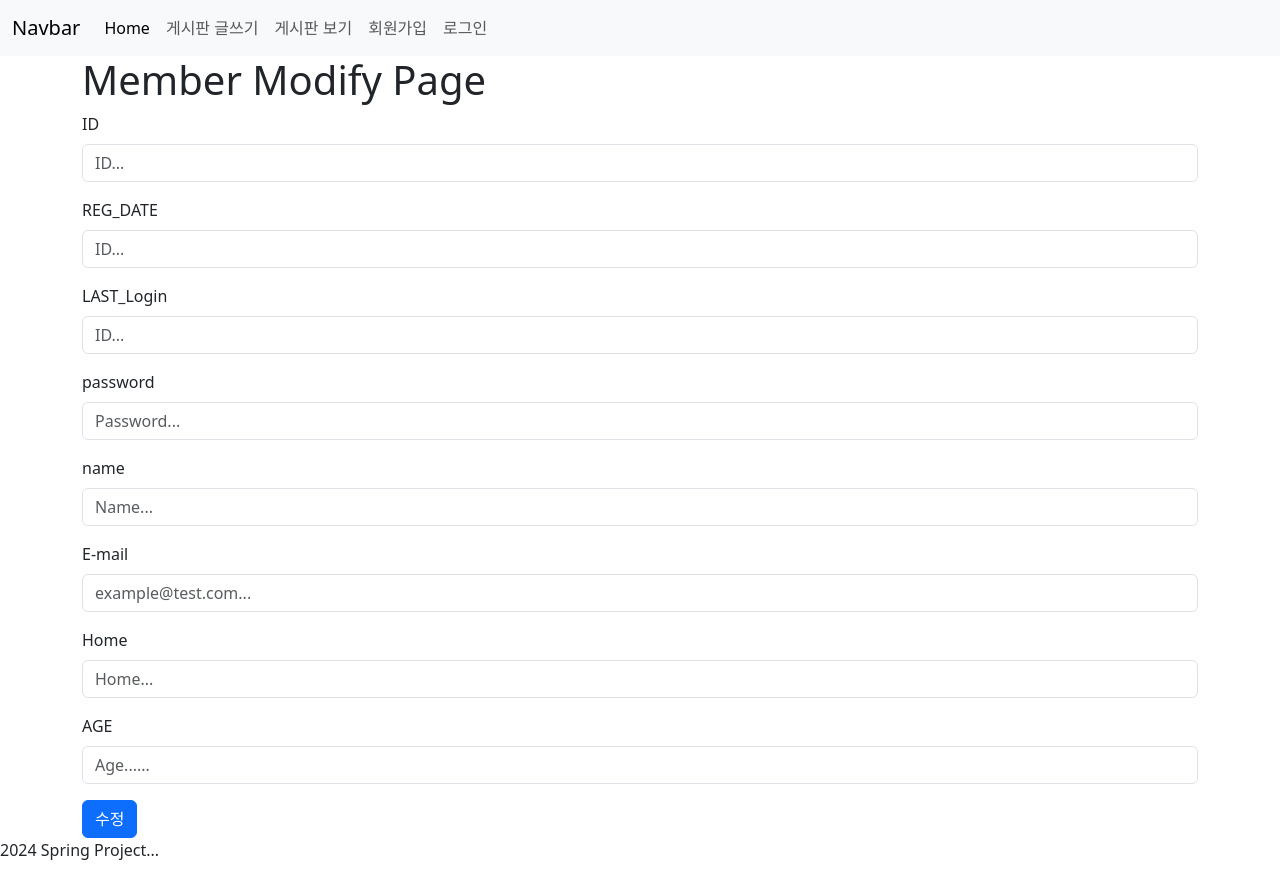
Repository: leegangjin/springTest240430
Page: http://localhost/spring_study/WEB-INF/views/member/modify.jsp
An editor plug-in stored every save of this project. The page is shown before and after the next save, followed by the edit.
The browser window is 1280 px wide. The pictures show the whole page.
The page is served by Tomcat 9. Nobody is signed in. The template is opened directly, without the code that normally fills it, so the values that code supplies are empty.

Above is the page before, as saved 2024-04-25 09:09:45.

### spring_study/src/main/webapp/WEB-INF/views/member/modify.jsp
<%@ page language="java" contentType="text/html; charset=UTF-8"
	pageEncoding="UTF-8"%>

<jsp:include page="../layout/header.jsp" />
<div class="container-md">
	<h1>Member Modify Page</h1>
	<form action="/member/register" method="post">
		<div class="mb-3">
			<label for="i" class="form-label">ID</label> <input
				type="text" class="form-control" name="id" id="i" value="${ses.id }"
				placeholder="ID...">
		</div>
		<div class="mb-3">
			<label for="i" class="form-label">REG_DATE</label> <input
				type="text" class="form-control" name="reg_=date" id="i" value="${ses.reg_date }"
				placeholder="ID...">
		</div>
		<div class="mb-3">
			<label for="i" class="form-label">LAST_Login</label> <input
				type="text" class="form-control" name="last_login" id="i" value="${ses.last_login }"
				placeholder="ID...">
		</div>

		<div class="mb-3">
			<label for="p" class="form-label">password</label>
			<input type="password" class="form-control" name="pw" id="p"
				placeholder="Password...">
		</div>
		<div class="mb-3">
			<label for="n" class="form-label">name</label>
			<input type="text" class="form-control" name="name" id="n" value="${ses.name }"
				placeholder="Name...">
		</div>
		<div class="mb-3">
			<label for="e" class="form-label">E-mail</label>
			<input type="email" class="form-control" name="email" id="e" value="${ses.email }"
				placeholder="example@test.com...">
		</div>
		<div class="mb-3">
			<label for="h" class="form-label">Home</label>
			<input type="text" class="form-control" name="home" id="h" value="${ses.home }"
				placeholder="Home...">
		</div>
		<div class="mb-3">
			<label for="a" class="form-label">AGE</label>
			<input type="text" class="form-control" name="age" id="a" value="${ses.age }"
				placeholder="Age......">
		</div>


		<button type="submit" class="btn btn-primary">수정</button>
	</form>
</div>
<jsp:include page="../layout/footer.jsp" />

### spring_study/src/main/webapp/WEB-INF/views/layout/header.jsp
<%@ page language="java" contentType="text/html; charset=UTF-8"
    pageEncoding="UTF-8"%>
    <%@ taglib uri="http://java.sun.com/jsp/jstl/core" prefix="c"%>
<!DOCTYPE html>
<html>
<head>
<meta charset="UTF-8">
<title>header.jsp</title>
</head>
<link href="https://cdn.jsdelivr.net/npm/bootstrap@5.3.3/dist/css/bootstrap.min.css" rel="stylesheet" integrity="sha384-QWTKZyjpPEjISv5WaRU9OFeRpok6YctnYmDr5pNlyT2bRjXh0JMhjY6hW+ALEwIH" crossorigin="anonymous">
<script src="https://cdn.jsdelivr.net/npm/bootstrap@5.3.3/dist/js/bootstrap.bundle.min.js" integrity="sha384-YvpcrYf0tY3lHB60NNkmXc5s9fDVZLESaAA55NDzOxhy9GkcIdslK1eN7N6jIeHz" crossorigin="anonymous"></script>
<body>
<nav class="navbar navbar-expand-lg bg-body-tertiary">
  <div class="container-fluid">
    <a class="navbar-brand" href="#">Navbar</a>
    <button class="navbar-toggler" type="button" data-bs-toggle="collapse" data-bs-target="#navbarSupportedContent" aria-controls="navbarSupportedContent" aria-expanded="false" aria-label="Toggle navigation">
      <span class="navbar-toggler-icon"></span>
    </button>
    <div class="collapse navbar-collapse" id="navbarSupportedContent">
      <ul class="navbar-nav me-auto mb-2 mb-lg-0">
        <li class="nav-item">
          <a class="nav-link active" aria-current="page" href="">Home</a>
        </li>
        <li class="nav-item">
          <a class="nav-link" href="/board/register">게시판 글쓰기</a>
        </li>
        <li class="nav-item">
          <a class="nav-link" href="/board/list">게시판 보기</a>
        </li>
        <li class="nav-item">
          <a class="nav-link" href="/member/register">회원가입</a>
        </li>

         <c:if test="${ses.id eq null}">


        <li class="nav-item">
          <a class="nav-link" href="/member/login">로그인</a>
        </li>
        </c:if>
           <c:if test="${ses.id ne null}">
        <li class="nav-item">
          <a class="nav-link" href="/member/logout">로그아웃</a>
        </li>
        <li class="nav-item">
          <a class="nav-link" href="/member/modify">${ses.id }( ${ses.email }) welcome!</a>
        </li>
         </c:if>








        </ul>
    </div>
  </div>
</nav>

### spring_study/src/main/webapp/WEB-INF/views/layout/footer.jsp
<%@ page language="java" contentType="text/html; charset=UTF-8"
	pageEncoding="UTF-8"%>
<!DOCTYPE html>
<html>
<head>
<meta charset="UTF-8">



<div class="mb-3" >2024 Spring Project...</div>
</body>
</html>

After the next save:
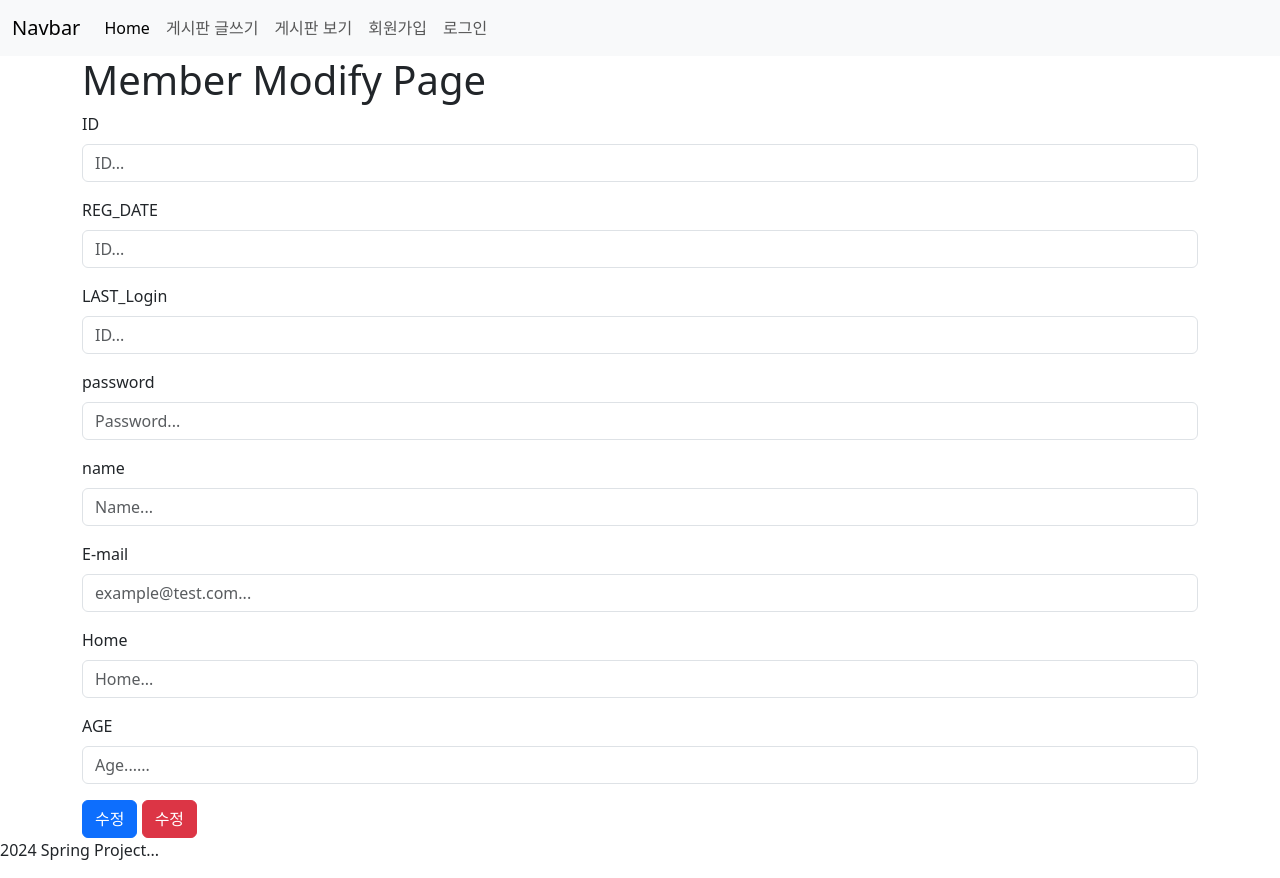
Saved 40 s later.
--- a/spring_study/src/main/webapp/WEB-INF/views/member/modify.jsp
+++ b/spring_study/src/main/webapp/WEB-INF/views/member/modify.jsp
@@ -49,6 +49,7 @@
 
 
 		<button type="submit" class="btn btn-primary">수정</button>
+		<a><button type="button" class="btn btn-danger">수정</button></a>
 	</form>
 </div>
 <jsp:include page="../layout/footer.jsp" />
